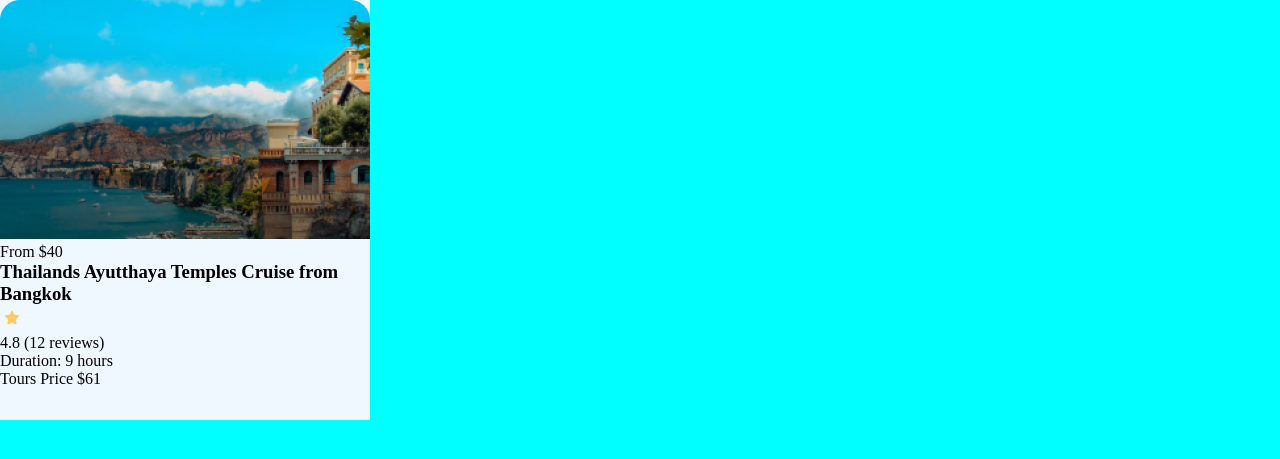
Repository: nguyentuankiet-k61/K_IT-demo
Page: index.html
These files come from the project's save history. The page is drawn as it stood at one moment and after the next save; the edit follows.
The browser window is 1280 px wide. The pictures show the whole page.
Some web fonts or font styles are not loaded; a fallback is used.

Above is the page before, as saved 2022-09-29 14:51:32.

After the next save:
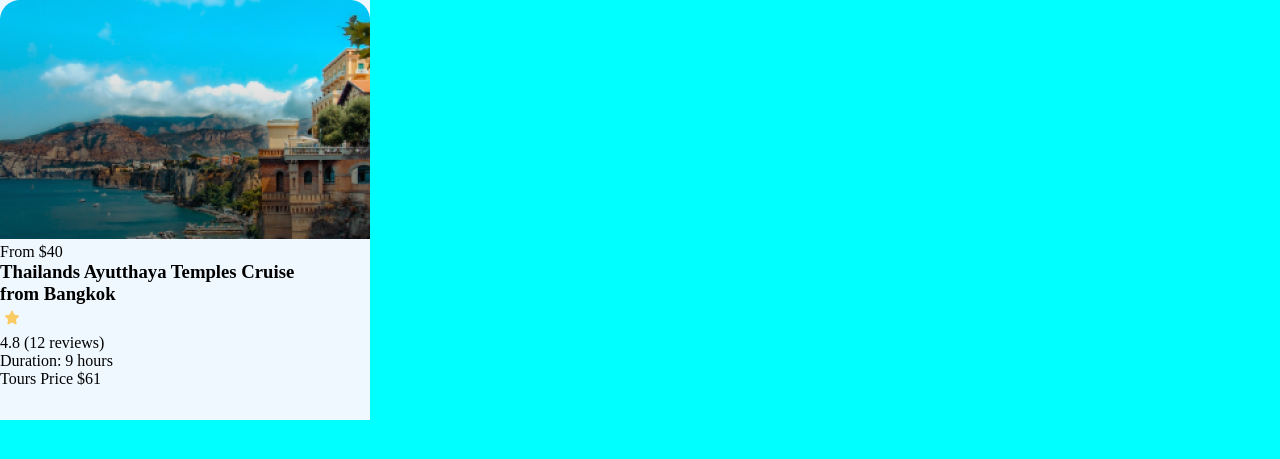
Saved 3 min 2 s later.
--- a/index.html
+++ b/index.html
@@ -14,9 +14,9 @@
  <div class="Tours">
     <div class="Tours_top">
         <img src="./image/image1.png" alt="this is a image"/>
-        From $40
+        <span class="Tours_price">From $40</span>
     </div>
-    <div class="Tours_conten">
+    <div class="Tours_content">
         <div class="Tourrs_little">
             <h3>Thailands Ayutthaya Temples
                 Cruise from Bangkok</h3>
